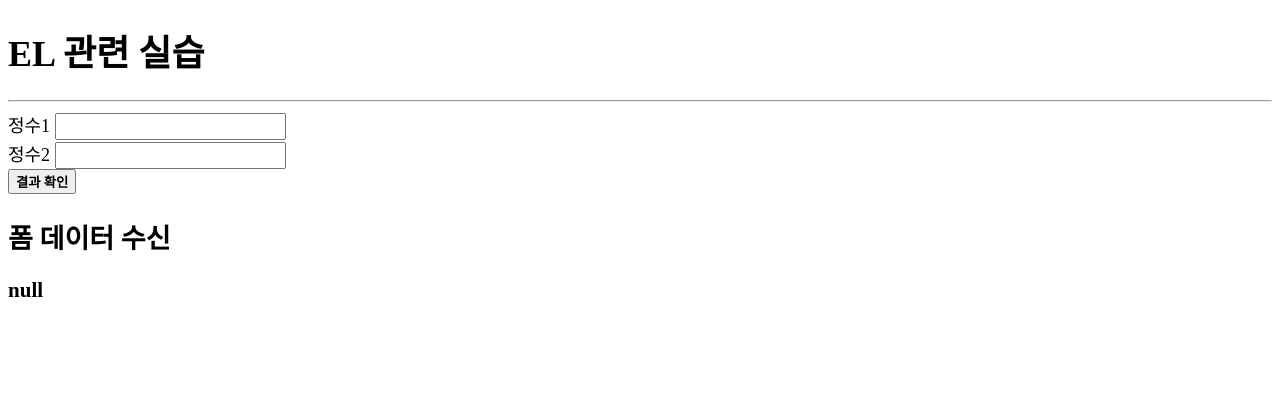
Repository: onpul/Web
Page: http://localhost/WebApp22/Test3.jsp
An editor plug-in stored every save of this project. The page is shown before and after the next save, followed by the edit.
The browser window is 1280 px wide. The pictures show the whole page.
The page is served by Tomcat 9. Other server files are loaded and not shown.

Above is the page before, as saved 2022-04-29 00:46:43.

### WebApp22/WebContent/Test3.jsp
<%@ page contentType="text/html; charset=UTF-8"%>
<%@ taglib prefix="c" uri="http://java.sun.com/jsp/jstl/core"%>
<%
	request.setCharacterEncoding("UTF-8");
	String cp = request.getContextPath();
%>
<!DOCTYPE html>
<html>
<head>
<meta charset="UTF-8">
<title>Test3.jsp</title>
<link rel="stylesheet" type="text/css" href="css/main.css">
</head>
<body>

<div>
	<h1>EL 관련 실습</h1>
	<hr />
</div>

<div>
	<!-- action 속성 생략 → su1 과 su2 데이터를 전송하며 요청하는 페이지는 자기 자신~!!! -->
	<form method="post">
		정수1 <input type="text" name="su1" class="txt"/><br>
		정수2 <input type="text" name="su2" class="txt"/><br>
		<button type="submit" class="btn">결과 확인</button>
	</form>
</div>

<div>
	<h2>폼 데이터 수신</h2>

	<!-- 폼의 데이터를 수신하는 방법 1 -->
	<h3><%=request.getParameter("su1") %></h3>

	<!-- 폼의 데이터를 수신하는 방법 2 -->
	<h3>${param.su1 }</h3>
	<!-- EL 문법 관찰 -->
	<!-- 제이쿼리 문법과 혼동될 수 있으니 잘 기억해 두자. -->
	<!-- 내부에 있는 파라미터 중에 su1 -->
	<!-- null에 대해 관대하다. null값이 보이지 않는다.(클라이언트에게 좋음) -->
</div>

</body>
</html>

### WebApp22/WebContent/css/main.css
@charset "UTF-8";

*
{
	font-family: 맑은고딕;
	color: black;
}

body, p, div, span, input, table, th, td, select
{
	font-size: 18px;
}

.control
{
	border: 1px solid gray;
	border-radius: 3px;
}

.table
{
	border-collapse: collapse;
	width: 100%;
}

.table th, .table td
{
	border: 1px solid gray;
	border-left: 0px;
	border-right: 0px;
	padding: 3px;
	line-height: 150%;
}

.table th
{
	font-weight: bold;
	background-color: #eeeeee;
}

.btn
{
	font-weight: bold;
}

.btn:hover
{
	color: white;
	background-color: #787;
}

After the next save:
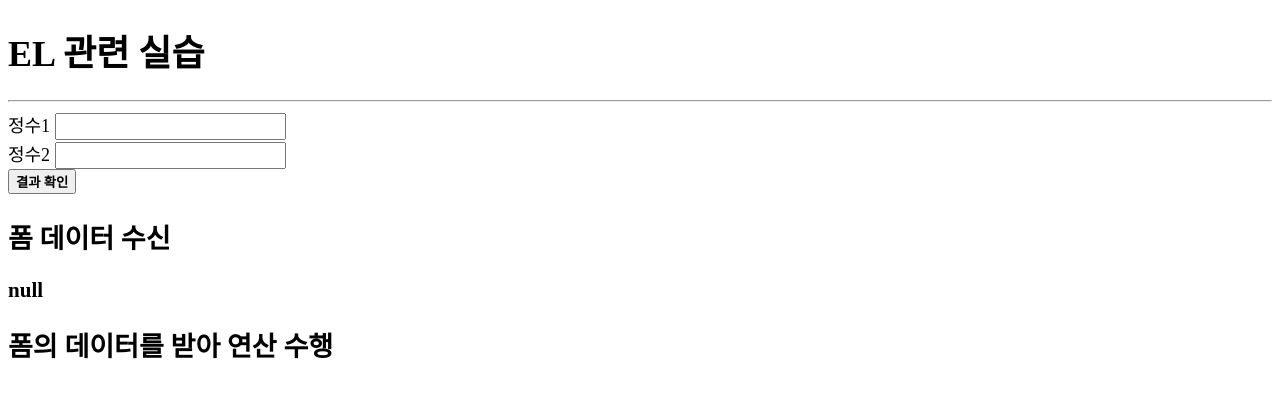
Saved 106 s later.
--- a/WebApp22/WebContent/Test3.jsp
+++ b/WebApp22/WebContent/Test3.jsp
@@ -41,5 +41,22 @@
 	<!-- null에 대해 관대하다. null값이 보이지 않는다.(클라이언트에게 좋음) -->
 </div>
 
+<div>
+	<h2>폼의 데이터를 받아 연산 수행</h2>
+
+	<!-- 폼의 데이터를 받아 연산을 수행하는 방법 1 -->
+	<%
+		String s1 = request.getParameter("su1");
+		String s2 = request.getParameter("su2");
+
+		int s = 0;
+
+		if (s1!=null && s2!=null)
+		{
+			s = Integer.parseInt(s1) + Integer.parseInt(s2);
+		}
+	%>
+</div>
+
 </body>
 </html>
